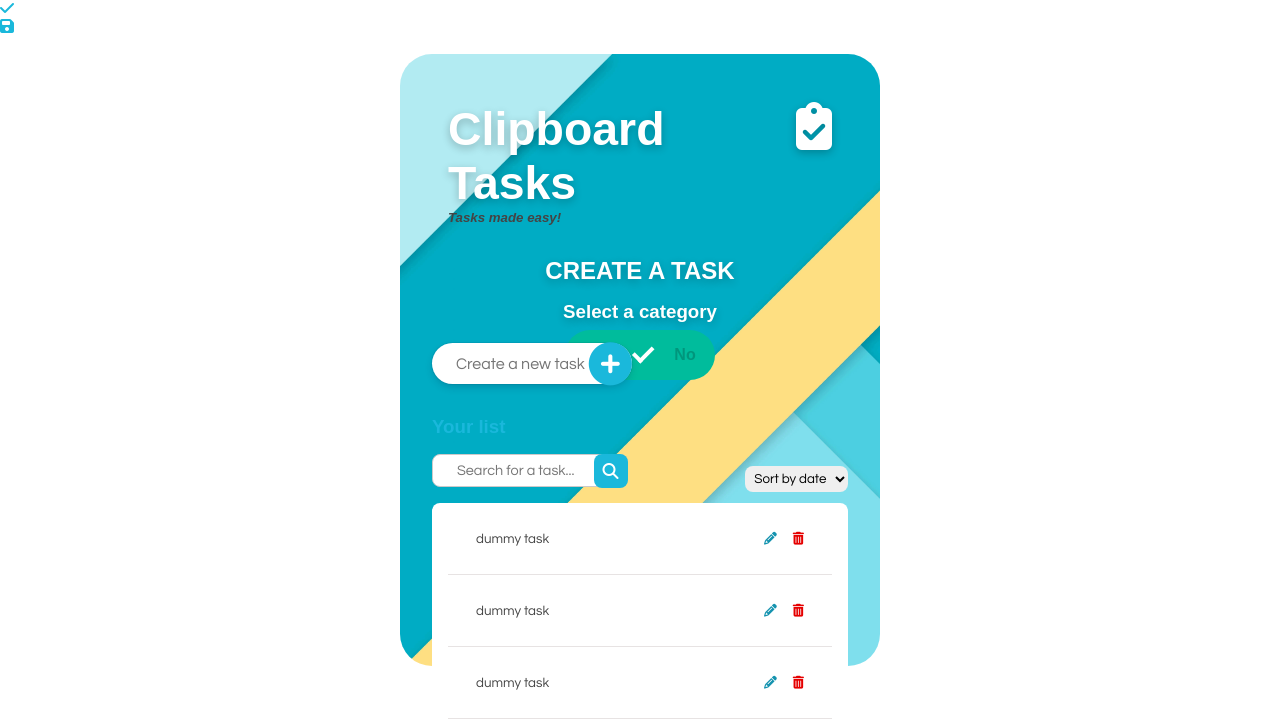
Repository: WesleyErasmus/Todo-App
Page: todoApp.html
These files come from the project's save history. The page is drawn as it stood at one moment and after the next save; the edit follows.
The browser window is 1280 px wide. The pictures show the whole page.
Some web fonts or font styles are not loaded; a fallback is used. Some web libraries are served in a nearby version.

Above is the page before, as saved 2022-06-12 16:34:58.

After the next save:
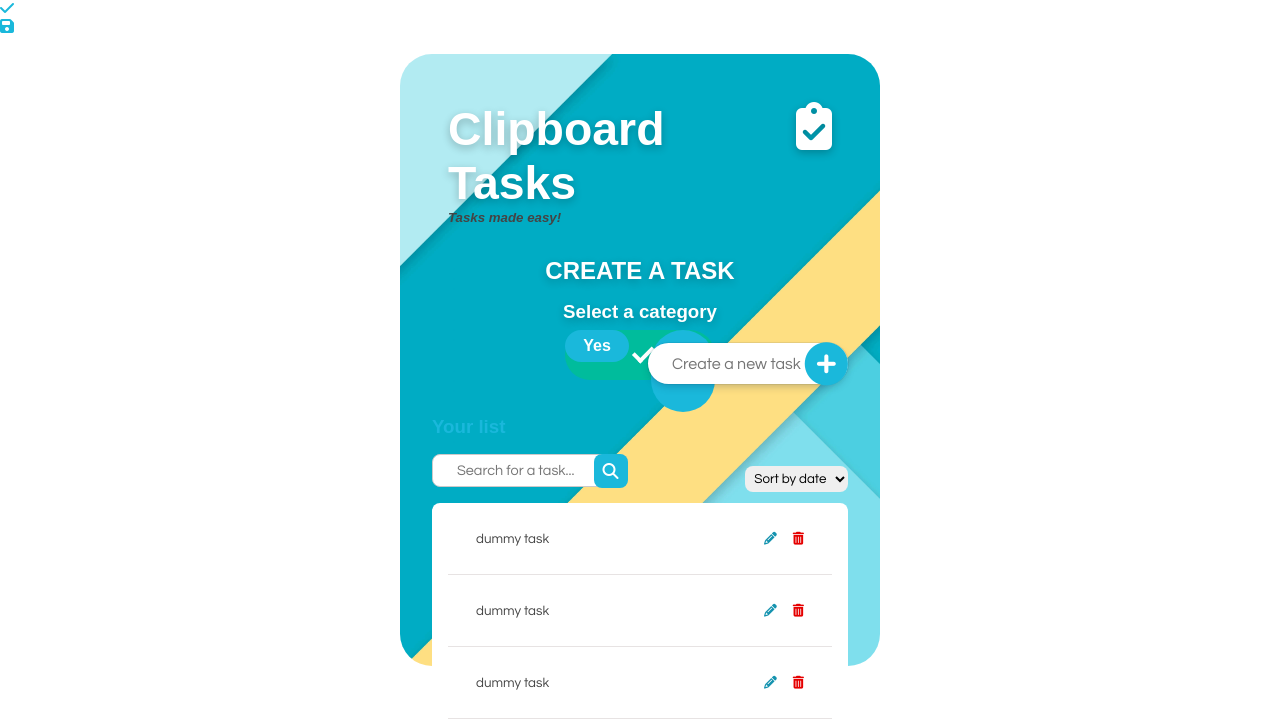
Saved 68 s later.
--- a/todoApp.html
+++ b/todoApp.html
@@ -30,6 +30,20 @@
 
             <div class="new-categories">
 
+                <!-- <div class="toggle-radio">
+                    <input type="radio" name="rdo" id="yes" checked>
+                    <input type="radio" name="rdo" id="no">
+                    <div class="switch">
+                      <label for="yes">Yes</label>
+                      <label for="no">No</label>
+                      <span></span>
+                    </div>
+                  </div> -->
+
+            </div>
+
+            <div class="category-selectors">
+
                 <div class="toggle-radio">
                     <input type="radio" name="rdo" id="yes" checked>
                     <input type="radio" name="rdo" id="no">
@@ -39,10 +53,6 @@
                       <span></span>
                     </div>
                   </div>
-
-            </div>
-
-            <div class="category-selectors">
                 <!-- Personal category (make to assign as default, unless user selects work category) -->
                 <!-- <label id="personal-label-btn">
                     <input type="radio" name="category" value="Personal" id="personal-category" />

After the save that followed:
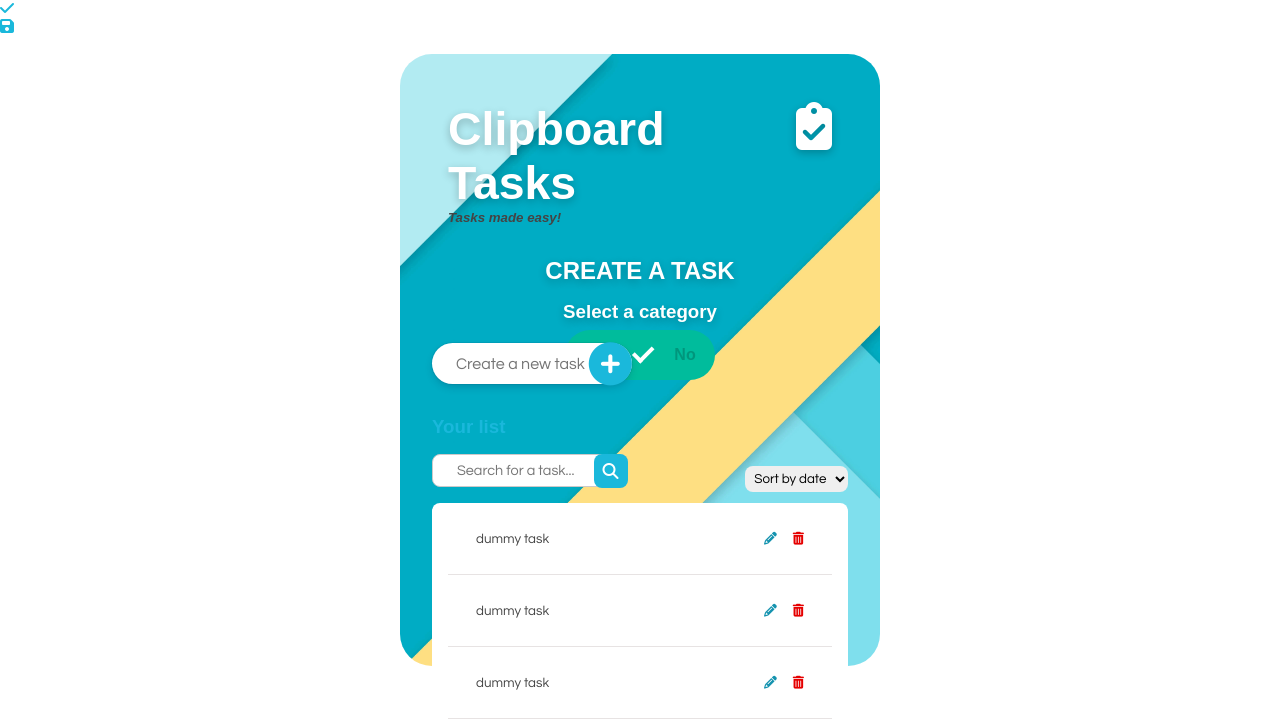
Saved 10 s later.
--- a/todoApp.html
+++ b/todoApp.html
@@ -30,20 +30,6 @@
 
             <div class="new-categories">
 
-                <!-- <div class="toggle-radio">
-                    <input type="radio" name="rdo" id="yes" checked>
-                    <input type="radio" name="rdo" id="no">
-                    <div class="switch">
-                      <label for="yes">Yes</label>
-                      <label for="no">No</label>
-                      <span></span>
-                    </div>
-                  </div> -->
-
-            </div>
-
-            <div class="category-selectors">
-
                 <div class="toggle-radio">
                     <input type="radio" name="rdo" id="yes" checked>
                     <input type="radio" name="rdo" id="no">
@@ -53,6 +39,10 @@
                       <span></span>
                     </div>
                   </div>
+
+            </div>
+
+            <div class="category-selectors">
                 <!-- Personal category (make to assign as default, unless user selects work category) -->
                 <!-- <label id="personal-label-btn">
                     <input type="radio" name="category" value="Personal" id="personal-category" />
